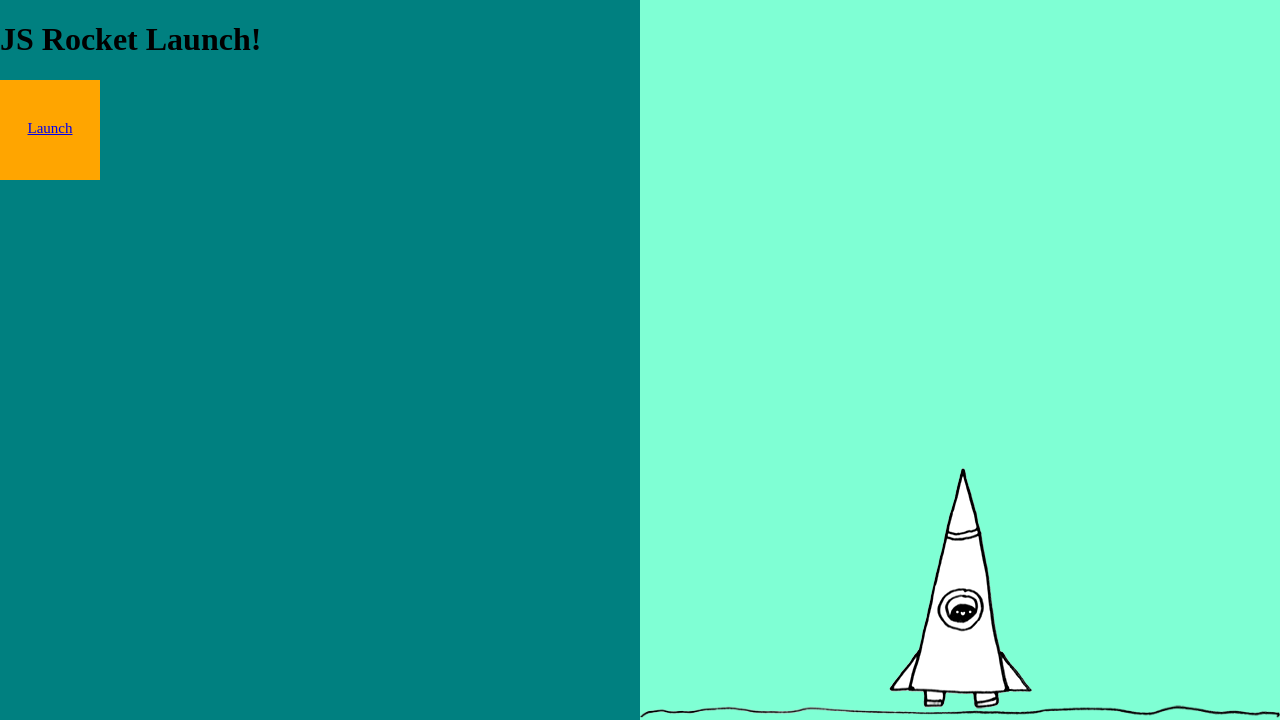
Repository: alcarrizo/Rocket-launch
Page: index.html
An editor plug-in stored every save of this project. The page is shown before and after the next save, followed by the edit.
The browser window is 1280 px wide. The pictures show the whole page.

Above is the page before, as saved 2022-10-20 17:15:49.

### index.html
<!DOCTYPE html>
<html lang="en">
<head>
    <meta charset="UTF-8">
    <meta http-equiv="X-UA-Compatible" content="IE=edge">
    <meta name="viewport" content="width=device-width, initial-scale=1.0">
    <title>Rocket Launch sequence</title>
    <script type="text/javascript" src="js/script.js"> </script>
    <link rel="stylesheet" href="css/style.css">
</head>
<body class="body-state1" id="body">
    <div class="left">
        <div class="state1">
            <h1>JS Rocket Launch!</h1>
            <a href="#" class="button" onclick="changeState(2);">Launch</a>
        </div>
        <div class="state2">
            <h1 class="countdown" id="countdown">10</h1>
            <a href="#" class="button" onclick="changeState(1);">Abort</a>
        </div>
        <div class="state3">
            <h1>Lift Off!</h1>
        </div>
        <div class="state4">
            <h1>Well done!</h1>
            <a href="#" class="button" onclick="changeState(1);">Do it again</a>
        </div>
        <div class="state5">
            <h1>Oh No!!!!</h1>
            <a href="#" class="button" onclick="changeState(1);">Try Again!</a>
        </div>
    </div>

    <div class="right">
        <div class="rocket" id="rocket"></div>
        <div class="ground"></div>
    </div>
</body>
</html>

### js/script.js
/*var countDown = function (i) {
    console.log(i)
    setTimeout(function () {
        i--
        document.getElementById("countdown").innerHTML = i;
        if (document.getElementById('body').className != 'body-state1') {
            if (i > 0) {
                countDown(i)
            }
            else {
                changeState(3)
            }
        }

    }, 1000)
}*/
var timer = null;
var CountDownNum = 10;
var changeState = function (state) {
    document.body.className = 'body-state' + state;
    clearInterval(timer);
    if (state != 2 && document.getElementById('countdown').innerHTML != 10) {
        CountDownNum = 10;
        document.getElementById('countdown').innerHTML = CountDownNum;
    }
    if (state == 2) {
        timer = setInterval(() => {
            CountDownNum -= 1;
            document.getElementById('countdown').innerHTML = CountDownNum;

            if (CountDownNum <= 0) {
                changeState(3);

            }
        }, 200);
    }
    else if (state == 3) {
        var success = setTimeout(() => {
            var randomNum = Math.round(Math.random() * 10)
            //success
            console.log('random number: ' + randomNum)
            if (randomNum > 5) {
                changeState(4)
            }
            else {
                //fail
                changeState(5)
            }

        }, 2000);
    }
    // if (state == 1) {
    //     document.body.className = 'body-state1'
    // }
    // else if (state == 2) {
    //     document.body.className = 'body-state2'
    //     countDown(10)
    //     // for (let i = 10; i >= 0; i--) {
    //     //     setTimeout()
    //     //     document.getElementById("countdown").innerHTML = i;
    //     // }
    // }
    // else if (state == 3) {
    //     document.body.className = 'body-state3'
    //     document.getElementById('rocket').className = 'rocket flying';
    // }
    // else if (state == 4) {
    //     document.body.className = 'body-state4'
    // }
    // else {
    //     document.body.className = 'body-state5'
    // }
    // for (let i = 10; i >= 0; i--) {
    //     bdy.content = i;
    // }
    //document.getElementById('rocket').className = 'rocket flying';
}

### css/style.css
body {
    position: relative;
}

.left {
    position: fixed;
    box-sizing: border-box;
    width: 50%;
    height: 100%;
    top: 0;
    left: 0;
    background-color: teal;
}

.right {
    position: fixed;
    box-sizing: border-box;
    width: 50%;
    height: 100%;
    top: 0;
    right: 0;
    background-color: aquamarine;
}

.rocket {
    position: absolute;
    left: 50%;
    bottom: -20px;
    width: 143px;
    height: 272px;
    background: url("../img/rocket-state1.png") no-repeat 0 0;
    background-size: 100%;
    transition: bottom 10s;
    margin-left: -71.5px;

}

.body-state1 .rocket {
    transition: none;

}


.body-state2 .rocket {

    background-image: url("../img/rocket-state2.gif");
}

.body-state3 .rocket,
.body-state4 .rocket {
    bottom: 1000px;
    background-image: url("../img/rocket-state3.gif");
}

.body-state5 .rocket {
    width: 209px;
    height: 200px;
    background: url("../img/boom.png") no-repeat 0 0;
    background-size: 100%;
}

.ground {
    position: absolute;
    bottom: 0;
    left: 0;
    background: url("../img/ground.png") no-repeat center 0;
    background-size: 100%;
    width: 100%;
    height: 15px;

}

/* .ground {
    background-color: green;
    position: absolute;
    bottom: 0;
    left: 0;
    width: 100%;
    height: 20px;
} */

a {}

a.button {
    display: block;
    box-sizing: border-box;
    text-align: center;
    padding-top: 40px;
    height: 100px;
    width: 100px;
    font-size: 15px;
    background-color: orange;

}

.state1,
.state2,
.state3,
.state4,
.state5 {
    display: none;
}

body.body-state1 .state1 {
    display: block;
}

body.body-state2 .state2 {
    display: block;
}

body.body-state3 .state3 {
    display: block;
}

body.body-state4 .state4 {
    display: block;
}

body.body-state5 .state5 {
    display: block;
}

After the next save:
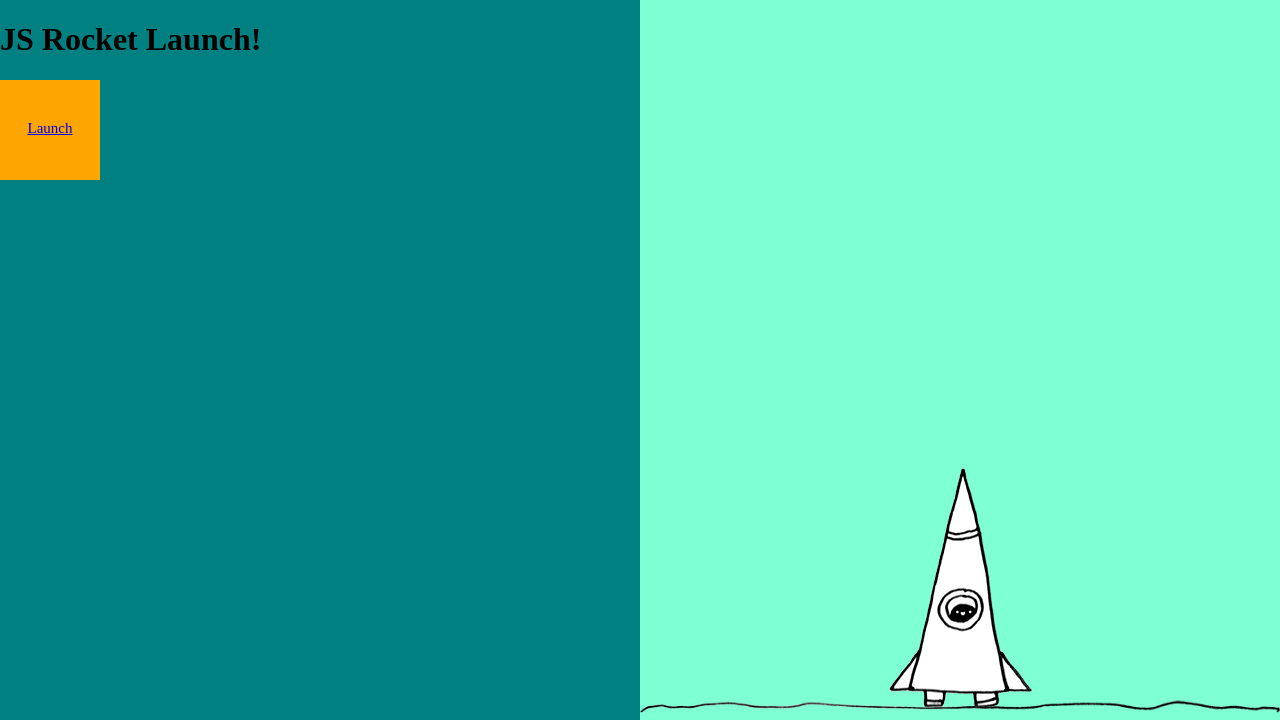
Saved 8 s later.
--- a/css/style.css
+++ b/css/style.css
@@ -66,7 +66,7 @@ body {
     background: url("../img/ground.png") no-repeat center 0;
     background-size: 100%;
     width: 100%;
-    height: 15px;
+    height: 20px;
 
 }
 
